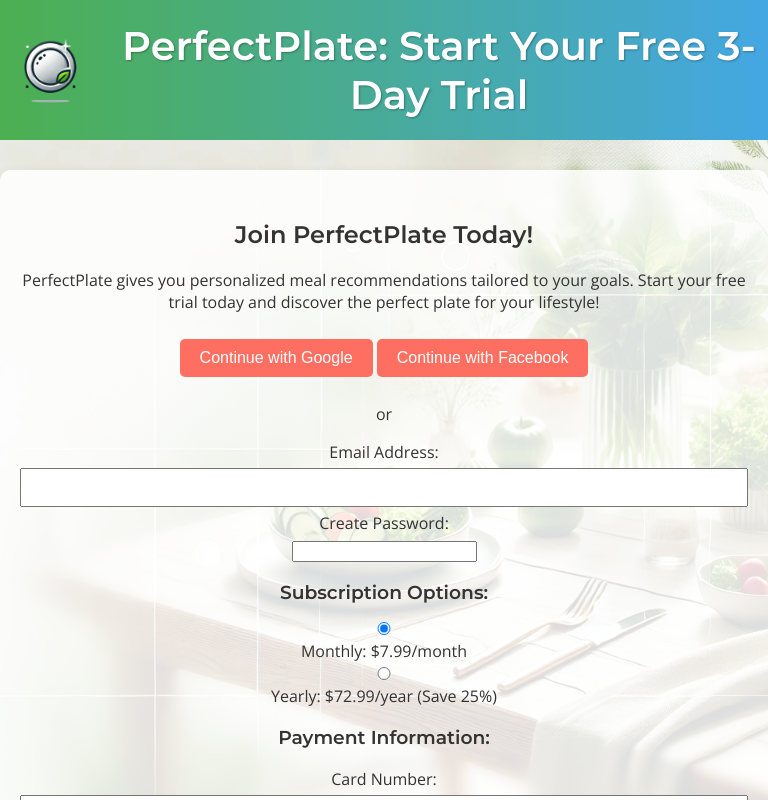
Repository: nikwhite1169/perfectplate
Page: signup.html
The author's editor kept a copy of each file at every save. The page is drawn from the files as they stood at one save, then again after the next save.
The browser window is 768 px wide. The pictures show the whole page.
An inner scrolling area shows only its first screen.

Above is the page before, as saved 2025-01-13 12:44:43.

After the next save:
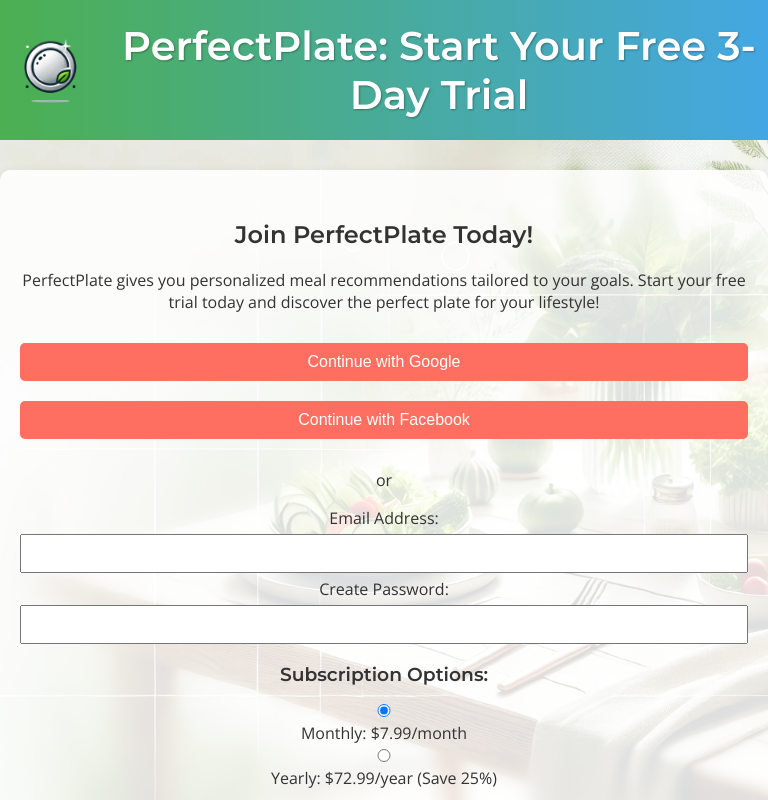
Saved 63 s later.
--- a/styles.css
+++ b/styles.css
@@ -46,6 +46,7 @@
 
 form input[type="text"],
 form input[type="email"],
+form input[type="password"],
 form input[type="radio"] {
   display: block;
   width: 100%;
@@ -65,6 +66,7 @@
   form label,
   form input[type="text"],
   form input[type="email"],
+  form input[type="password"],
   form input[type="radio"] {
     width: 100%;
     margin: 5px 0;
@@ -392,3 +394,13 @@
 footer a:hover {
   text-decoration: underline;
 }
+
+/* Social Login Styles */
+.social-login {
+  margin: 20px 0;
+}
+
+.social-login .cta-button {
+  width: 100%;
+  margin-bottom: 10px;
+}
